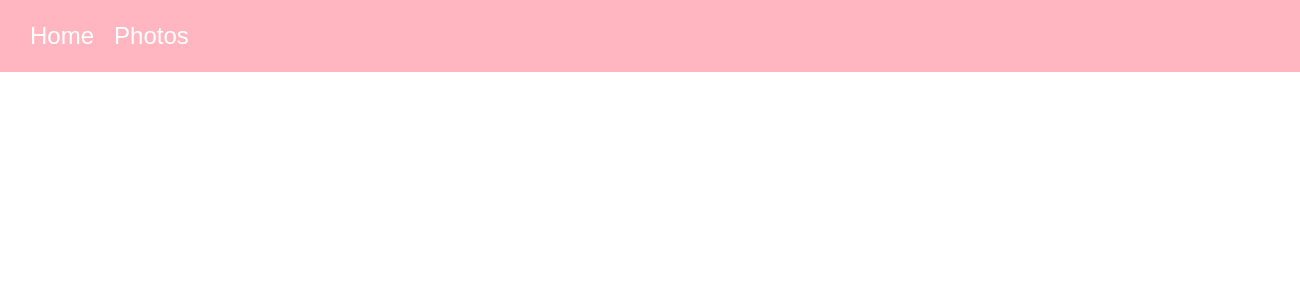
Repository: josephinel6/simple-editing
Page: navigation.html
These files come from the project's save history. The page is drawn as it stood at one moment and after the next save; the edit follows.
The browser window is 1280 px wide. The page is 1300 px wide, so the pictures cover 1300 px, including what lies to the right of the window. The pictures show the whole page.

Above is the page before, as saved 2023-05-23 09:27:34.

### navigation.html
<html>

<head>
    <style>
        .menutab {
            margin-left: 10px;
            margin-right: 10px;
            font-family: sans-serif;
            color: white;
            text-decoration: none;
            font-weight: 500;
        }

        .menutab:hover {
            cursor: pointer;
        }
    </style>
</head>

<body style="margin: 0; padding: 0">
    <div
        style="height: 10%; width: 100%; background-color: lightpink; align-items: center; display: flex; padding-left: 20px">
        <h2 class="menutab" href="index.html"> Home </h2>
        <h2 class="menutab" href="photos.html"> Photos </h2>
    </div>
</body>

</html>

After the next save:
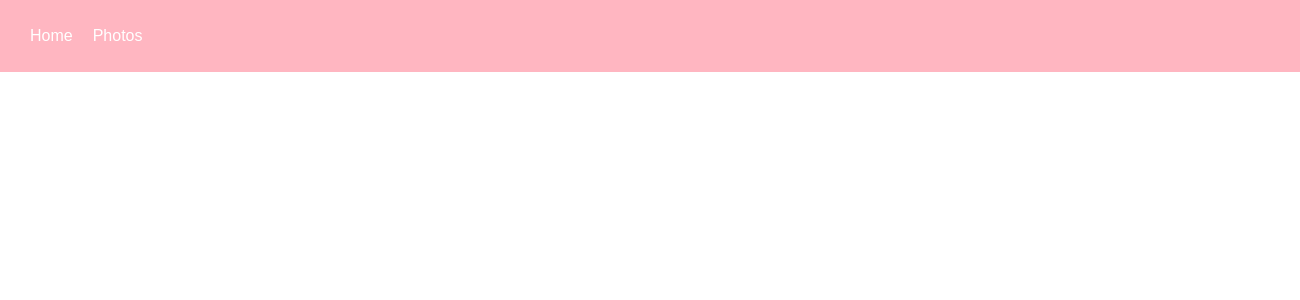
Saved 27 s later.
--- a/navigation.html
+++ b/navigation.html
@@ -20,8 +20,8 @@
 <body style="margin: 0; padding: 0">
     <div
         style="height: 10%; width: 100%; background-color: lightpink; align-items: center; display: flex; padding-left: 20px">
-        <h2 class="menutab" href="index.html"> Home </h2>
-        <h2 class="menutab" href="photos.html"> Photos </h2>
+        <a class="menutab" href="index.html"> Home </a>
+        <a class="menutab" href="photos.html"> Photos </a>
     </div>
 </body>
 

After the save that followed:
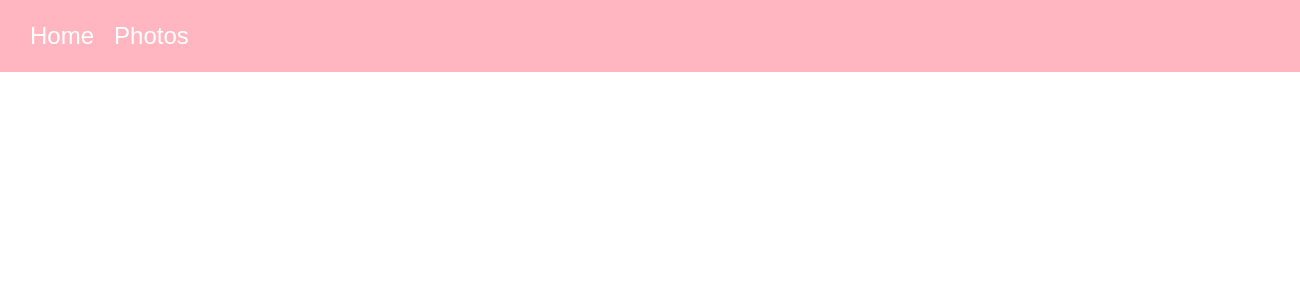
Saved 14 s later.
--- a/navigation.html
+++ b/navigation.html
@@ -9,6 +9,7 @@
             color: white;
             text-decoration: none;
             font-weight: 500;
+            font-size: 1.5em;
         }
 
         .menutab:hover {
